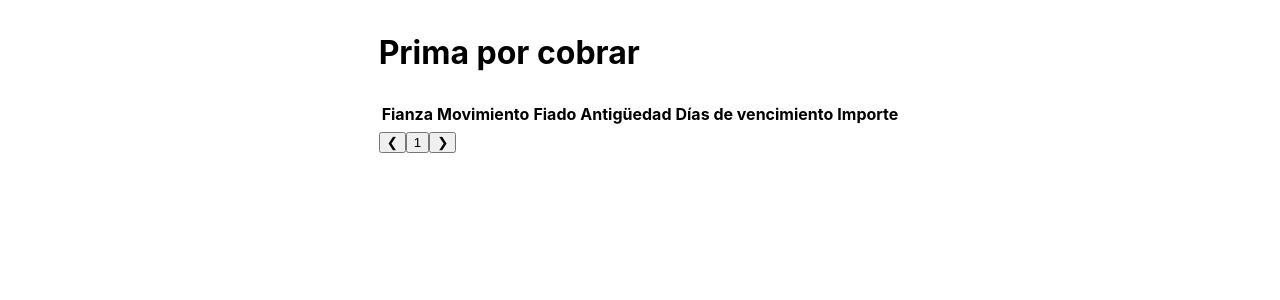
Repository: PCGP22/prueba-t-cnica-liberty-finanzas
Page: / (app in Prueba técnica full-stack/client/)
These files come from the project's save history. The page is drawn as it stood at one moment and after the next save; the edit follows.
The browser window is 1280 px wide. The pictures show the whole page.
The page's requests for data from a server got no answer. The project was rebuilt for these pictures with package versions that can differ from the ones it lists, and the page was loaded fresh each time. No one was signed in, and anything a server would have sent is missing. Also part of the build but not shown: Prueba técnica full-stack/client/vite.config.js, Prueba técnica full-stack/client/src/components/Card.jsx, Prueba técnica full-stack/client/src/components/CardsContainer.jsx, Prueba técnica full-stack/client/src/components/Filters.jsx.

Above is the page before, as saved 2023-11-14 07:28:15.

After the next save:
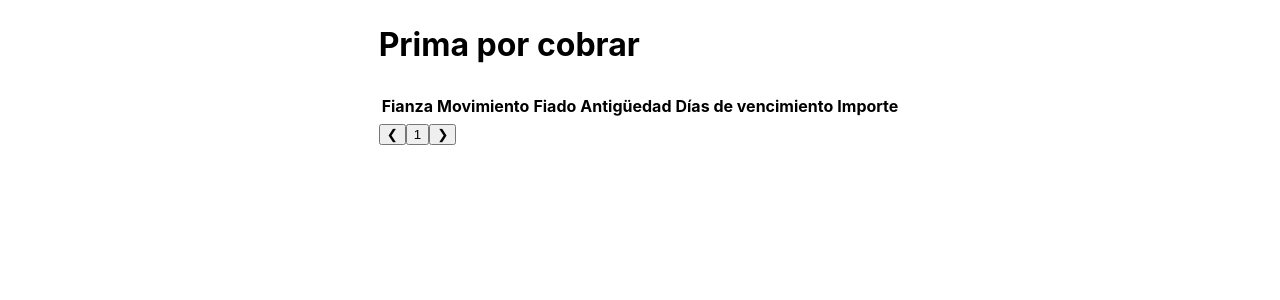
Saved 21 s later.
--- a/Prueba técnica full-stack/client/src/index.css
+++ b/Prueba técnica full-stack/client/src/index.css
@@ -17,6 +17,8 @@
   --box-shadow: solid black 8px 8px 16px;
 }
 body{
+  margin: 0;
+  padding: 0;
   display: flex;
   flex-direction: column;
   align-items: center;
